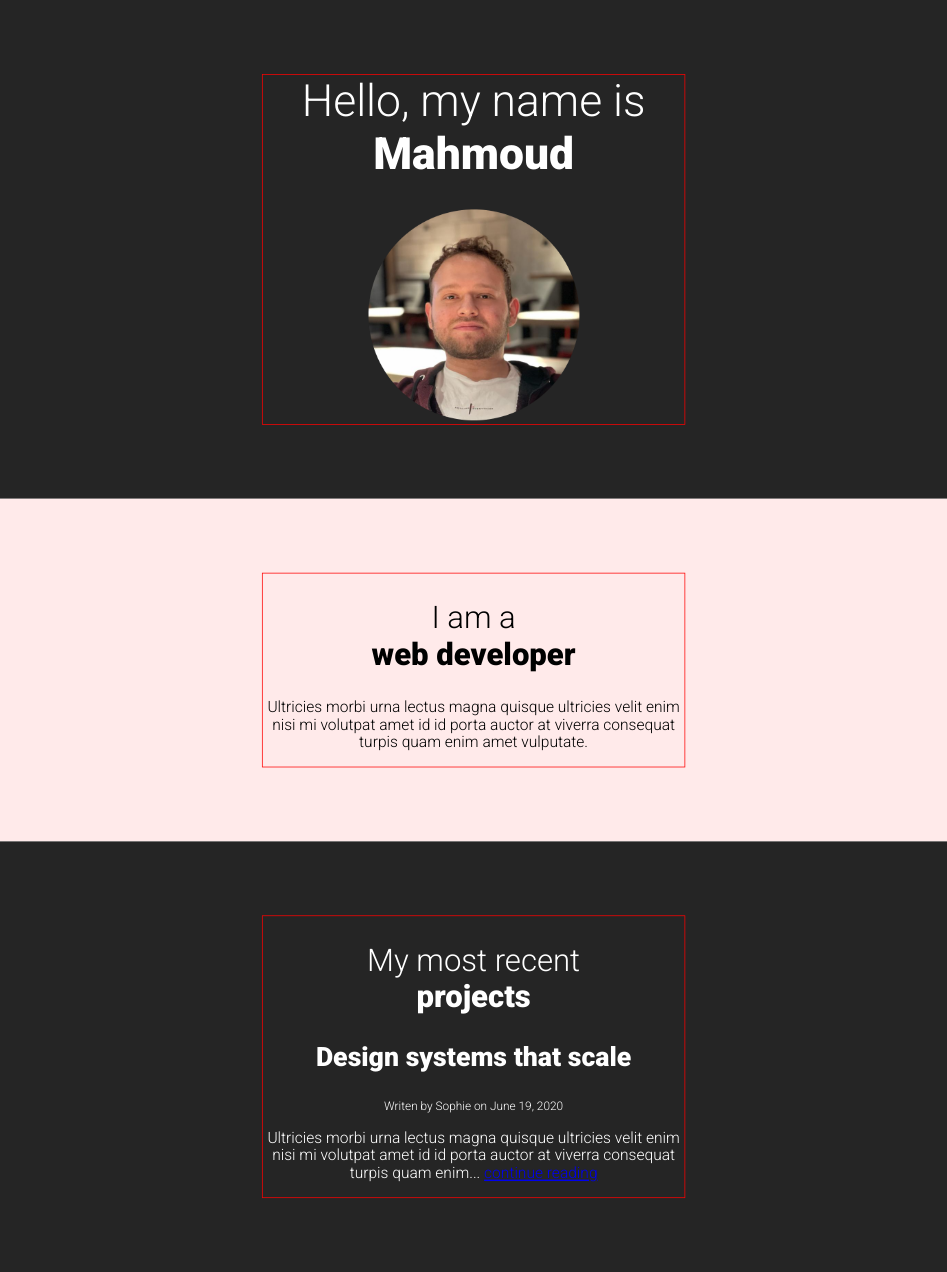
Repository: Doumham-Armah/portfolio
Page: index.html
An editor plug-in stored every save of this project. The page is shown before and after a run of saves, followed by the edit.
The browser window is 1280 px wide. The pictures show the whole page, at 74% of full size.

Above is the page before, as saved 2021-08-17 13:33:27.

After the next 2 saves:
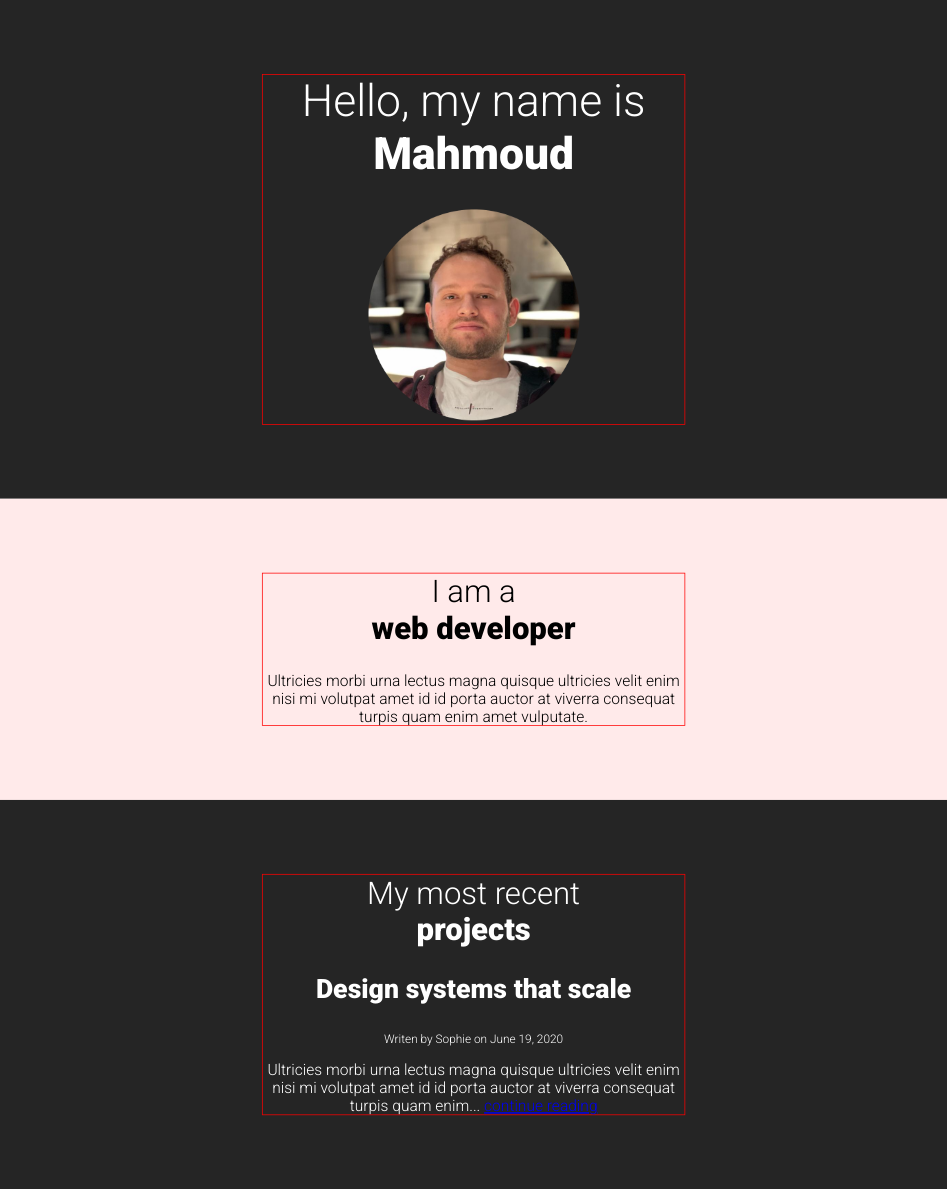
The 2 saves are shown as one change because they came seconds apart.
The last was saved 28 s later.
--- a/style.css
+++ b/style.css
@@ -15,6 +15,7 @@ h1 {
 
 h2 {
   font-size: 2.625rem;
+  margin-top: 0;
 }
 
 h3 {
@@ -25,6 +26,10 @@ h1 span,
 h2 span {
   font-weight: 900;
   display: block;
+}
+
+p {
+  margin-bottom: 0;
 }
 
 header,
